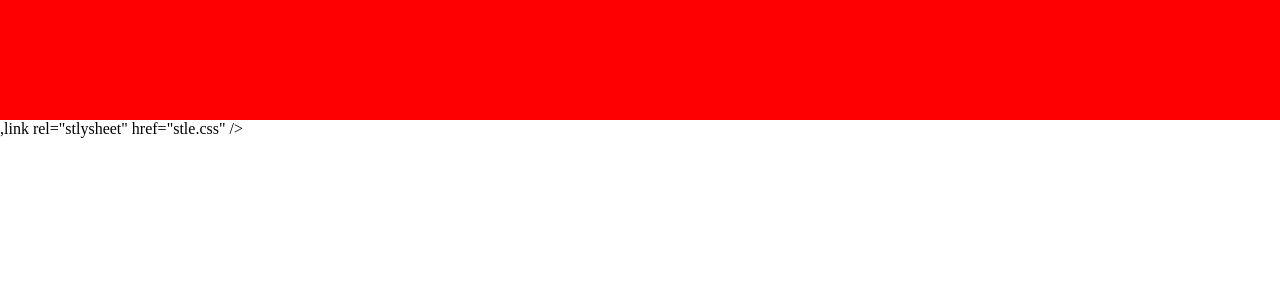
Repository: takedakazushi/git-practice
Page: sample/sample.html
The author's editor kept a record of every edit. The page is drawn from the files as they stood at one moment, then again after the next edit.
The browser window is 1280 px wide. The pictures show the whole page.

Above is the page before.

### sample/sample.html
<!DOCTYPE HTML>
<html lang="ja">
  <head>
    <meta charset="UTF-8" />
    <title>初めてのHTML</title>
    <!---->
    <link rel="stylesheet" href="stle.css" />

    <!---->
    </head>
    <body><div class="box1"><div class="box2"></div></div>
    <div class="header"></div>
    </body>
<div class="sample"></div></div>,link rel="stlysheet" href="stle.css" />

### sample/stle.css
* {
  margin: 0;
  padding: 0;
  box-sizing: border-box
}
.header {
  width: 100%;
  height: 120px;
  background-color: red;
}
.main-visual {
  width: 100%;
  height: 300px;
  background-color: orange; }

After the next edit:
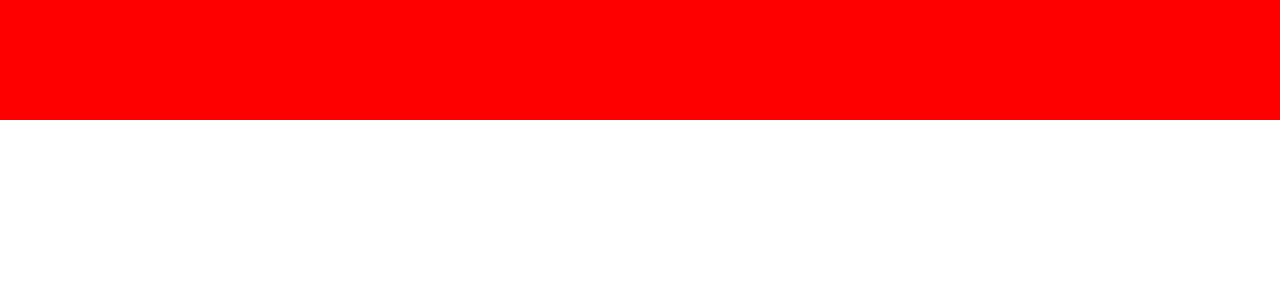
The edit:
--- a/sample/sample.html
+++ b/sample/sample.html
@@ -11,4 +11,4 @@
     <body><div class="box1"><div class="box2"></div></div>
     <div class="header"></div>
     </body>
-<div class="sample"></div></div>,link rel="stlysheet" href="stle.css" />
+</html>
